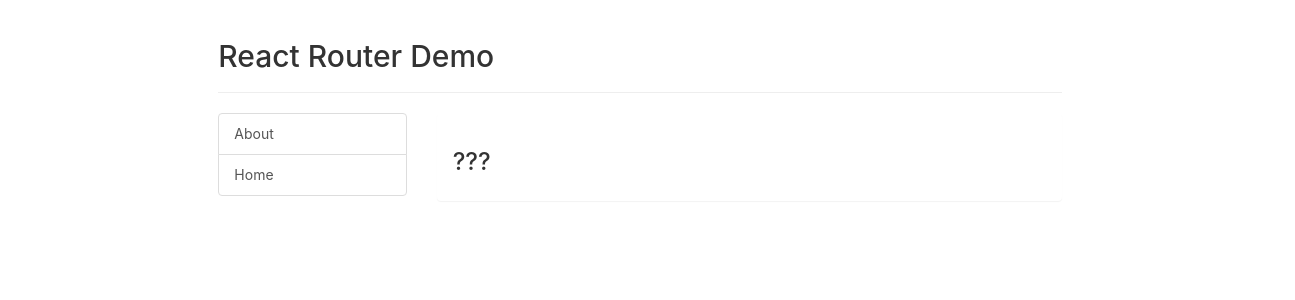
Repository: Shanshan67/React_a
Page: /
An editor plug-in stored every save of this project. The page is shown before and after the next save, followed by the edit.
The browser window is 1280 px wide. The page is 1295 px wide, so the pictures cover 1295 px, including what lies to the right of the window. The pictures show the whole page.
The project was rebuilt for these pictures with package versions that can differ from the ones it lists, and the page was loaded fresh each time. Also part of the build but not shown: src/components/About/index.jsx, src/components/Home/index.jsx.

Above is the page before, as saved 2022-12-07 15:25:33.

### public/index.html
<!DOCTYPE html>
<html lang="en">
  <head>
    <meta charset="utf-8" />
    <link rel="icon" href="%PUBLIC_URL%/favicon.ico" />
    <meta name="viewport" content="width=device-width, initial-scale=1" />
    <meta name="theme-color" content="#000000" />
    <meta
      name="description"
      content="Web site created using create-react-app"
    />
    <link rel="apple-touch-icon" href="%PUBLIC_URL%/logo192.png" />
    <!--
      manifest.json provides metadata used when your web app is installed on a
      user's mobile device or desktop. See https://developers.google.com/web/fundamentals/web-app-manifest/
    -->
    <link rel="manifest" href="%PUBLIC_URL%/manifest.json" />
    <link rel="stylesheet" href="./css/bootstrap.css" />
    <!--
      Notice the use of %PUBLIC_URL% in the tags above.
      It will be replaced with the URL of the `public` folder during the build.
      Only files inside the `public` folder can be referenced from the HTML.

      Unlike "/favicon.ico" or "favicon.ico", "%PUBLIC_URL%/favicon.ico" will
      work correctly both with client-side routing and a non-root public URL.
      Learn how to configure a non-root public URL by running `npm run build`.
    -->
    <title>React App</title>
  </head>
  <body>
    <noscript>You need to enable JavaScript to run this app.</noscript>
    <div id="root"></div>
    <!--
      This HTML file is a template.
      If you open it directly in the browser, you will see an empty page.

      You can add webfonts, meta tags, or analytics to this file.
      The build step will place the bundled scripts into the <body> tag.

      To begin the development, run `npm start` or `yarn start`.
      To create a production bundle, use `npm run build` or `yarn build`.
    -->
  </body>
</html>

### src/App.jsx
import React, { Component } from 'react'
import {Link, BrowserRouter} from 'react-router-dom'
import About from './components/About'
import Home from './components/Home'

export default class App extends Component {
  render() {
    //const {users} = this.state <List users={users}/>
    return (
      <div>
        <div className="row">
          <div className="col-xs-offset-2 col-xs-8">
            <div className="page-header"><h2>React Router Demo</h2></div>
          </div>
        </div>
        <div className="row">
          <div className="col-xs-2 col-xs-offset-2">
            <div className="list-group">
              {/* <a className="list-group-item" href="./about.html">About</a>
              <a className="list-group-item active" href="./home.html">Home</a> */}
              <BrowserRouter>
                <Link className="list-group-item" to="/about">About</Link>
                <Link className="list-group-item" to="/home">Home</Link>
              </BrowserRouter>

            </div>
          </div>
          <div className="col-xs-6">
            <div className="panel">
              <div className="panel-body">
                <h3>???</h3>
              </div>
            </div>
          </div>
        </div>
      </div>
    )
  }
}

Loaded but not shown: src/index.js (common file); src/index.css (common file); src/reportWebVitals.js (common file); public/css/bootstrap.css (library)

After the next save:
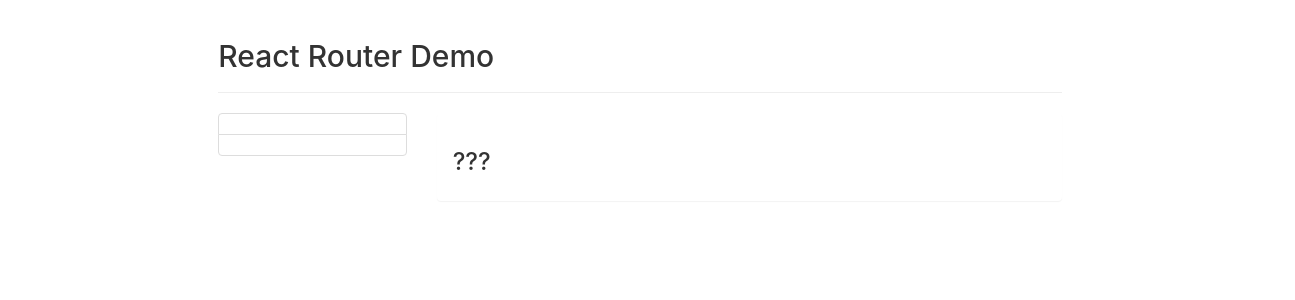
Saved 51 s later.
--- a/src/App.jsx
+++ b/src/App.jsx
@@ -19,8 +19,8 @@
               {/* <a className="list-group-item" href="./about.html">About</a>
               <a className="list-group-item active" href="./home.html">Home</a> */}
               <BrowserRouter>
-                <Link className="list-group-item" to="/about">About</Link>
-                <Link className="list-group-item" to="/home">Home</Link>
+                <Link className="list-group-item" to="/about">{About}</Link>
+                <Link className="list-group-item" to="/home">{Home}</Link>
               </BrowserRouter>
 
             </div>

After the save that followed:
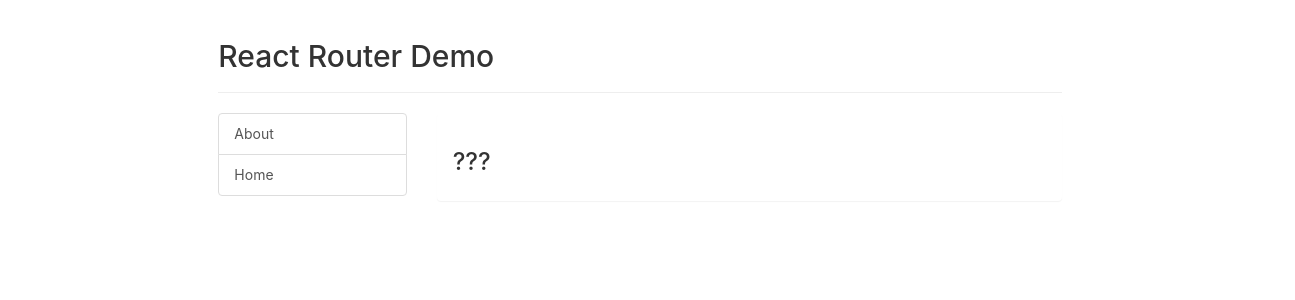
Saved 45 s later.
--- a/src/App.jsx
+++ b/src/App.jsx
@@ -19,8 +19,8 @@
               {/* <a className="list-group-item" href="./about.html">About</a>
               <a className="list-group-item active" href="./home.html">Home</a> */}
               <BrowserRouter>
-                <Link className="list-group-item" to="/about">{About}</Link>
-                <Link className="list-group-item" to="/home">{Home}</Link>
+                <Link className="list-group-item" to="/about">About</Link>
+                <Link className="list-group-item" to="/home">Home</Link>
               </BrowserRouter>
 
             </div>
